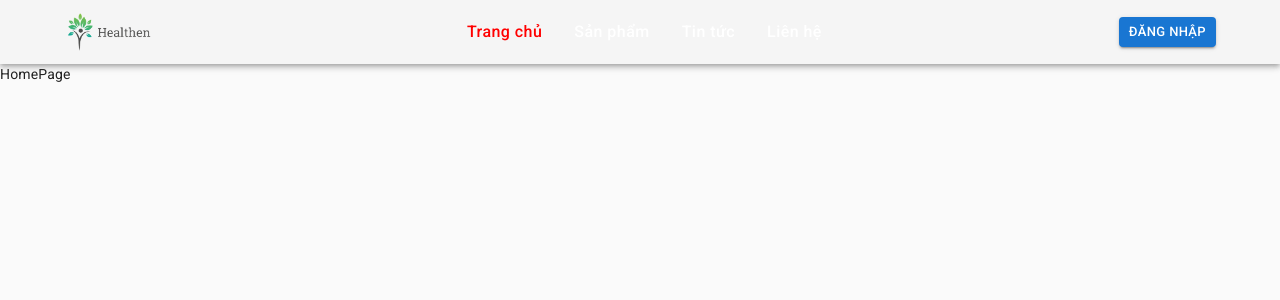
Repository: ndtrung341/Bao_Cao_PTW
Page: / (app in client/)
An editor plug-in stored every save of this project. The page is shown before and after the next save, followed by the edit.
The browser window is 1280 px wide. The pictures show the whole page.
The project was rebuilt for these pictures with package versions that can differ from the ones it lists, and the page was loaded fresh each time. Also part of the build but not shown: client/src/App.css, client/src/features/cart/index.jsx.

Above is the page before, as saved 2022-03-24 15:01:12.

### client/public/index.html
<!DOCTYPE html>
<html lang="en">
   <head>
      <meta charset="utf-8" />
      <link rel="icon" href="%PUBLIC_URL%/favicon.ico" />
      <meta name="viewport" content="width=device-width, initial-scale=1" />
      <meta name="theme-color" content="#000000" />
      <meta name="description" content="Web site created using create-react-app" />
      <link rel="apple-touch-icon" href="%PUBLIC_URL%/logo192.png" />
      <!--
      manifest.json provides metadata used when your web app is installed on a
      user's mobile device or desktop. See https://developers.google.com/web/fundamentals/web-app-manifest/
    -->
      <link rel="manifest" href="%PUBLIC_URL%/manifest.json" />
      <!--
      Notice the use of %PUBLIC_URL% in the tags above.
      It will be replaced with the URL of the `public` folder during the build.
      Only files inside the `public` folder can be referenced from the HTML.

      Unlike "/favicon.ico" or "favicon.ico", "%PUBLIC_URL%/favicon.ico" will
      work correctly both with client-side routing and a non-root public URL.
      Learn how to configure a non-root public URL by running `npm run build`.
    -->
      <link
         rel="stylesheet"
         href="https://fonts.googleapis.com/css?family=Roboto:300,400,500,700&display=swap"
      />
      <link rel="stylesheet" href="https://fonts.googleapis.com/icon?family=Material+Icons" />
      <title>React App</title>
   </head>
   <body>
      <noscript>You need to enable JavaScript to run this app.</noscript>
      <div id="root"></div>
      <!--
      This HTML file is a template.
      If you open it directly in the browser, you will see an empty page.

      You can add webfonts, meta tags, or analytics to this file.
      The build step will place the bundled scripts into the <body> tag.

      To begin the development, run `npm start` or `yarn start`.
      To create a production bundle, use `npm run build` or `yarn build`.
    -->
   </body>
</html>

### client/src/index.js
import React from 'react';
import ReactDOM from 'react-dom';
import './index.css';
import App from './App';
import reportWebVitals from './reportWebVitals';
import { CssBaseline } from '@material-ui/core';
import { BrowserRouter } from 'react-router-dom';

ReactDOM.render(
   <React.StrictMode>
      <BrowserRouter>
         <CssBaseline />
         <App />
      </BrowserRouter>
   </React.StrictMode>,
   document.getElementById('root')
);

// If you want to start measuring performance in your app, pass a function
// to log results (for example: reportWebVitals(console.log))
// or send to an analytics endpoint. Learn more: https://bit.ly/CRA-vitals
reportWebVitals();

### client/src/App.jsx
import './App.css';
import Header from './components/Header';
import { Route, Routes } from 'react-router-dom';
import React from 'react';
import CartFeature from 'features/cart';

const CollectionsFeature = React.lazy(() => import('features/collections'));
const ProductFeature = React.lazy(() => import('features/product'));
const HomePage = React.lazy(() => import('pages/HomePage'));

function App() {
   return (
      <>
         <Header />
         <React.Suspense fallback={''}>
            <Routes>
               <Route path='' element={<HomePage />} />
               <Route path='collections' element={<CollectionsFeature />} />
               <Route path='product/*' element={<ProductFeature />} />
               <Route path='cart/*' element={<CartFeature />}></Route>
            </Routes>
         </React.Suspense>
      </>
   );
}

export default App;

### client/src/components/Header/index.jsx
import React from 'react';
import AppBar from '@mui/material/AppBar';
import Box from '@mui/material/Box';
import Toolbar from '@mui/material/Toolbar';
import Container from '@mui/material/Container';
import HeaderLogo from './HeaderLogo';
import HeaderMenu from './HeaderMenu';
import HeaderRight from './HeaderRight';

const Header = () => {
   return (
      <AppBar position="static" color="default">
         <Container>
            <Toolbar disableGutters>
               <HeaderLogo />
               <HeaderMenu />
               <Box sx={{ flexGrow: 0, order: { xs: 2, md: 0 } }}>
                  <HeaderRight />
               </Box>
            </Toolbar>
         </Container>
      </AppBar>
   );
};

export default Header;

### client/src/pages/HomePage.jsx
import React from 'react';

const HomePage = () => {
   return <div>HomePage</div>;
};

export default HomePage;

### client/src/components/Header/HeaderLogo.jsx
import React from 'react';
import { Box } from '@mui/material';
import { LOGO } from 'constants';

const HeaderLogo = () => {
   return (
      <>
         <Box
            sx={{
               display: 'flex',
               flexGrow: { md: 0, xs: 1 },
               order: { md: 0, xs: 1 },
               mr: 2,
            }}
         >
            <img src={LOGO} alt="" width={90} />
         </Box>
      </>
   );
};

export default HeaderLogo;

### client/src/components/Header/HeaderMenu.jsx
import { Box, Button, IconButton, Menu, MenuItem, Typography } from '@mui/material';
import React from 'react';
import MenuIcon from '@mui/icons-material/Menu';
import { NAV_LINKS } from 'constants';
import { makeStyles } from '@material-ui/core';
import { NavLink } from 'react-router-dom';

const useStyles = makeStyles((theme) => ({
   menu: {
      color: theme.palette.text.secondary,
      justifyContent: 'center',
      '&>button': {
         margin: theme.spacing(0, 1),
         display: 'block',
         fontSize: theme.typography.htmlFontSize,
      },
   },
   link: {
      color: theme.palette.primary.contrastText,
      textTransform: 'none',
      textDecoration: 'none',
      '&.active': {
         color: 'red',
      },
   },
}));

const HeaderMenu = () => {
   const classes = useStyles();

   const [anchorElNav, setAnchorElNav] = React.useState(null);

   const handleOpenNavMenu = (event) => {
      setAnchorElNav(event.currentTarget);
   };

   const handleCloseNavMenu = () => {
      setAnchorElNav(null);
   };

   return (
      <>
         {/* MENU MOBILE */}
         <Box sx={{ flexGrow: 1, flexShrink: 0, display: { xs: 'flex', md: 'none' } }}>
            <IconButton
               size='large'
               aria-label='account of current user'
               aria-controls='menu-appbar'
               aria-haspopup='true'
               onClick={handleOpenNavMenu}
               color='inherit'
            >
               <MenuIcon />
            </IconButton>
            <Menu
               id='menu-appbar'
               anchorEl={anchorElNav}
               anchorOrigin={{
                  vertical: 'bottom',
                  horizontal: 'left',
               }}
               keepMounted
               transformOrigin={{
                  vertical: 'top',
                  horizontal: 'left',
               }}
               open={Boolean(anchorElNav)}
               onClose={handleCloseNavMenu}
               sx={{
                  display: { xs: 'block', md: 'none' },
               }}
            >
               {NAV_LINKS.map((item) => (
                  <MenuItem key={item.name} onClick={handleCloseNavMenu}>
                     <Typography textAlign='center'>{item.name}</Typography>
                  </MenuItem>
               ))}
            </Menu>
         </Box>
         {/* END MENU MOBILE */}

         {/* MENU */}
         <Box sx={{ flexGrow: 1, flexShrink: 0, display: { xs: 'none', md: 'flex' } }} className={classes.menu}>
            {NAV_LINKS.map((item) => (
               <Button key={item.name} onClick={handleCloseNavMenu}>
                  <NavLink to={item.path} className={classes.link}>
                     {item.name}
                  </NavLink>
               </Button>
            ))}
         </Box>
      </>
   );
};

export default HeaderMenu;

### client/src/components/Header/HeaderRight.jsx
import React, { useState } from 'react';
import { LogoutOutlined } from '@mui/icons-material';
import {
   Avatar,
   Button,
   Divider,
   IconButton,
   ListItemIcon,
   ListItemText,
   Menu,
   MenuItem,
   Tooltip,
} from '@mui/material';
import { SETTING_LINKS, AVATAR_DEFAULT } from 'constants';

const HeaderRight = () => {
   const [anchorElUser, setAnchorElUser] = useState(null);
   const isLoggedIn = false;

   const handleOpenUserMenu = (event) => {
      setAnchorElUser(event.currentTarget);
   };

   const handleCloseUserMenu = () => {
      setAnchorElUser(null);
   };

   if (!isLoggedIn) {
      return (
         <Button variant="contained" size="small">
            Đăng nhập
         </Button>
      );
   }

   return (
      <>
         <Tooltip title="Open settings">
            <IconButton onClick={handleOpenUserMenu} sx={{ p: 0 }}>
               <Avatar alt="Remy Sharp" src={AVATAR_DEFAULT} sx={{ width: 45, height: 45 }} />
            </IconButton>
         </Tooltip>
         <Menu
            id="menu-appbar"
            anchorEl={anchorElUser}
            anchorOrigin={{
               vertical: 'bottom',
               horizontal: 'right',
            }}
            keepMounted
            transformOrigin={{
               vertical: 'top',
               horizontal: 'right',
            }}
            open={Boolean(anchorElUser)}
            onClose={handleCloseUserMenu}
         >
            {SETTING_LINKS.map((setting) => (
               <MenuItem key={setting.name} onClick={handleCloseUserMenu}>
                  <ListItemIcon>{setting.icon}</ListItemIcon>
                  <ListItemText>{setting.name}</ListItemText>
               </MenuItem>
            ))}
            <Divider />
            <MenuItem>
               <ListItemIcon>
                  <LogoutOutlined />
               </ListItemIcon>
               <ListItemText>Đăng xuất</ListItemText>
            </MenuItem>
         </Menu>
      </>
   );
};

export default HeaderRight;

### client/src/constants/common.js
import InfoOutlinedIcon from '@mui/icons-material/InfoOutlined';
import AccountCircleOutlinedIcon from '@mui/icons-material/AccountCircleOutlined';

export const LOGO = require('assets/img/logo.png');
export const AVATAR_DEFAULT = require('assets/img/avatar-default.png');
export const NAV_LINKS = [
   {
      name: 'Trang chủ',
      path: '/',
   },
   {
      name: 'Sản phẩm',
      path: '/collections',
   },
   {
      name: 'Tin tức',
      path: '/blog',
   },
   {
      name: 'Liên hệ',
      path: '/contact',
   },
];

export const SETTING_LINKS = [
   {
      name: 'Thông tin cá nhân',
      path: '/user/profile',
      icon: <InfoOutlinedIcon />,
   },
   {
      name: 'Tài khoản',
      path: '/user/account',
      icon: <AccountCircleOutlinedIcon />,
   },
];

Loaded but not shown: client/src/index.css (common file); client/src/reportWebVitals.js (common file); client/src/constants/index.js (common file)

After the next save:
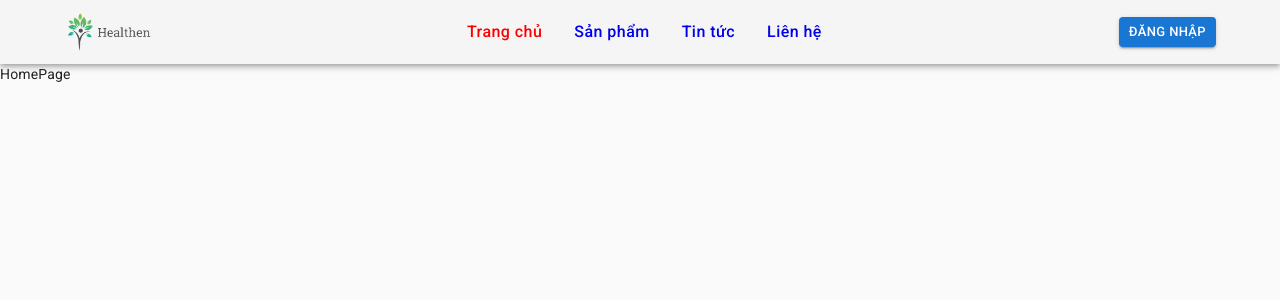
Saved 12 s later.
--- a/client/src/components/Header/HeaderMenu.jsx
+++ b/client/src/components/Header/HeaderMenu.jsx
@@ -16,7 +16,7 @@
       },
    },
    link: {
-      color: theme.palette.primary.contrastText,
+      color: theme.palette.text,
       textTransform: 'none',
       textDecoration: 'none',
       '&.active': {
